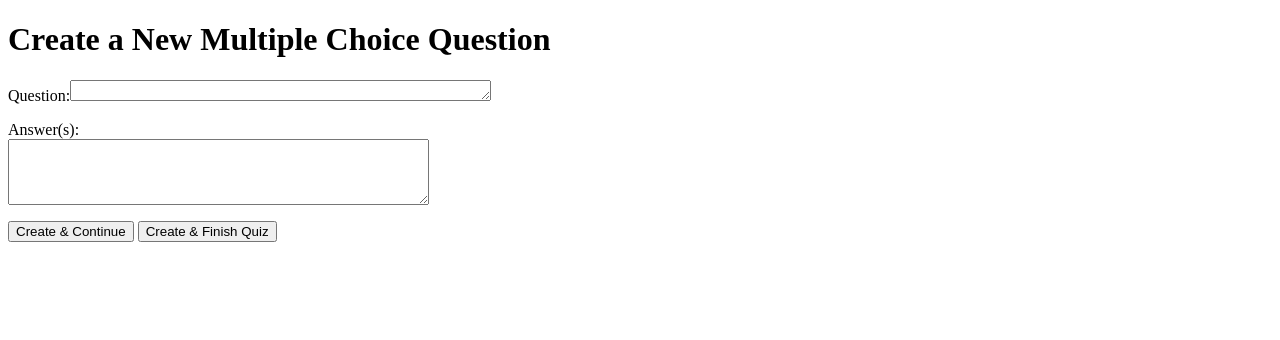
Repository: sarahhtn/CS108_final_project
Page: QuizWebsite/WebContent/CreateMC.html
An editor plug-in stored every save of this project. The page is shown before and after the next save, followed by the edit.
The browser window is 1280 px wide. The pictures show the whole page.

Above is the page before, as saved 2013-11-16 22:19:00.

### QuizWebsite/WebContent/CreateMC.html
<!DOCTYPE html PUBLIC "-//W3C//DTD HTML 4.01 Transitional//EN" "http://www.w3.org/TR/html4/loose.dtd">
<html>
<head>
<meta http-equiv="Content-Type" content="text/html; charset=UTF-8">
<title>New Multiple Choice Question</title>
</head>
<body>
<h1>Create a New Multiple Choice Question</h1>

<form action="MCServlet" method="post">
<p>Question:<textarea rows = "1" cols = "50" name="question"></textarea> </p>
<p>Answer(s): <br> <textarea rows = "4" cols = "50" name="answer"></textarea> </p>
<input type="submit" value="Create & Continue"/>
<input type="submit" value="Create & Finish Quiz"/>
</form>


</body>
</html>

After the next save:
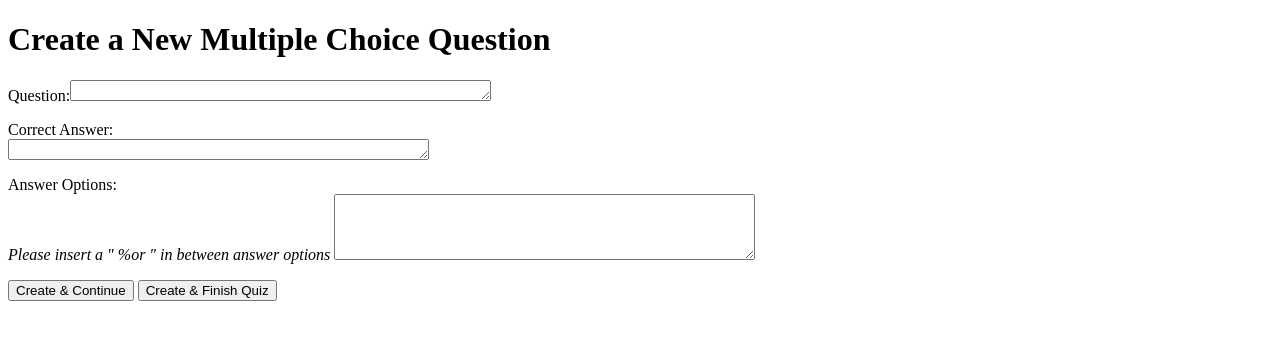
Saved 103 s later.
--- a/QuizWebsite/WebContent/CreateMC.html
+++ b/QuizWebsite/WebContent/CreateMC.html
@@ -7,9 +7,12 @@
 <body>
 <h1>Create a New Multiple Choice Question</h1>
 
+
 <form action="MCServlet" method="post">
 <p>Question:<textarea rows = "1" cols = "50" name="question"></textarea> </p>
-<p>Answer(s): <br> <textarea rows = "4" cols = "50" name="answer"></textarea> </p>
+<p>Correct Answer: <br> <textarea rows = "1" cols = "50" name="answer"></textarea> </p>
+<p>Answer Options: <br>
+<i>Please insert a " %or " in between answer options</i> <textarea rows = "4" cols = "50" name="answer"></textarea> </p>
 <input type="submit" value="Create & Continue"/>
 <input type="submit" value="Create & Finish Quiz"/>
 </form>
